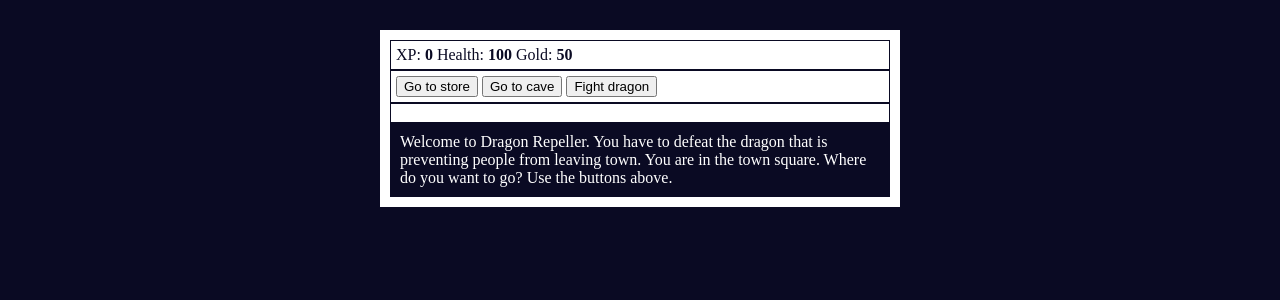
Repository: Lungdjos/role_playing_game
Page: index.html
These files come from the project's save history. The page is drawn as it stood at one moment and after a run of saves; the edit follows.
The browser window is 1280 px wide. The pictures show the whole page.

Above is the page before, as saved 2024-02-07 08:30:35.

### index.html
<!DOCTYPE html>
<html lang="en">

<head>
    <meta charset="UTF-8">
    <meta name="viewport" content="width=device-width, initial-scale=1.0">
    <title>RPG - Dragon Repeller</title>
    <link rel="stylesheet" href="./styles.css">

</head>

<body>
    <div id="game">
        <div id="stats">
            <span class="stat">XP: <strong><span id="xpText">0</span></strong>
            </span>
            <span class="stat">Health: <strong><span id="healthText">100</span></strong>
            </span>
            <span class="stat">Gold: <strong><span id="goldText">50</span></strong>
            </span>
        </div>
        <div id="controls">
            <button id="button1">Go to store</button>
            <button id="button2">Go to cave</button>
            <button id="button3">Fight dragon</button>
        </div>
        <div id="monsterStats">
            <span class="stat">
                Monster Name: <strong><span id="monsterName"></span></strong>
            </span>
            <span class="stat">
                Health: <strong><span id="monsterHealth"></span></strong>
            </span>
        </div>
        <div id="text">
            Welcome to Dragon Repeller. You have to defeat the dragon that is preventing people from leaving town. You are in the town square. Where do you want to go? Use the buttons above.
        </div>
    </div>

    <!-- JavaScript files -->
    <script src="./script.js"></script>
</body>

</html>

### styles.css
/** Main CSS */

body {
    background-color: #0a0a23;
}


/* text styling */

#text {
    background-color: #0a0a23;
    color: #fff;
    padding: 10px;
}


/* game styling */

#game {
    background-color: #fff;
    color: #fff;
    max-width: 500px;
    max-height: 400px;
    margin: 30px auto 0 auto;
    padding: 10px;
}


/* stats and controls styling */

#controls,
#stats {
    border: 1px solid #0a0a23;
    color: #0a0a23;
    padding: 5px;
}


/* monster stats styling */

#monsterStats {
    border: 1px solid #0a0a23;
}

### script.js
/**
 * Main JavaScript
 */

'use strict';

// variables
let xp = 0;
let health = 100;
let gold = 50;
let currentWeapon = 0;
let fighting;
let monsterHealth;
let inventory = ['stick'];

// query selectors
const button1 = document.querySelector('#button1');
const button2 = document.querySelector('#button2');
const button3 = document.querySelector('#button3');

After the next 4 saves:
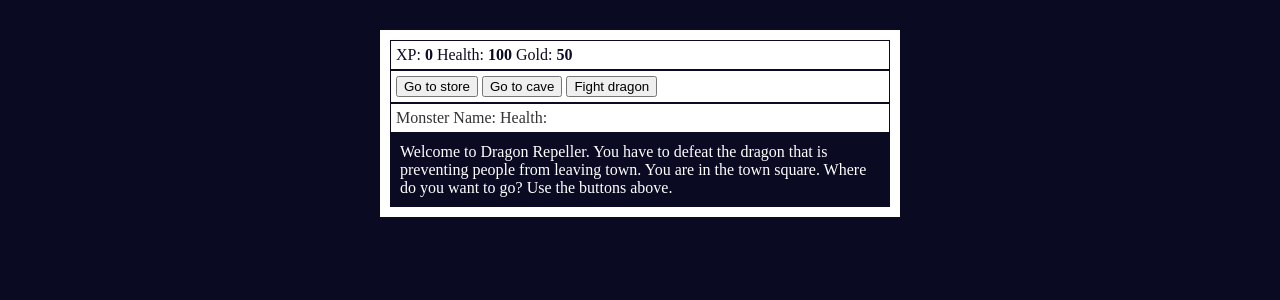
The 4 saves are shown as one change because they came seconds apart.
The last was saved 26 s later.
--- a/styles.css
+++ b/styles.css
@@ -40,4 +40,6 @@ body {
 
 #monsterStats {
     border: 1px solid #0a0a23;
+    padding: 5px;
+    color: #333333;
 }
